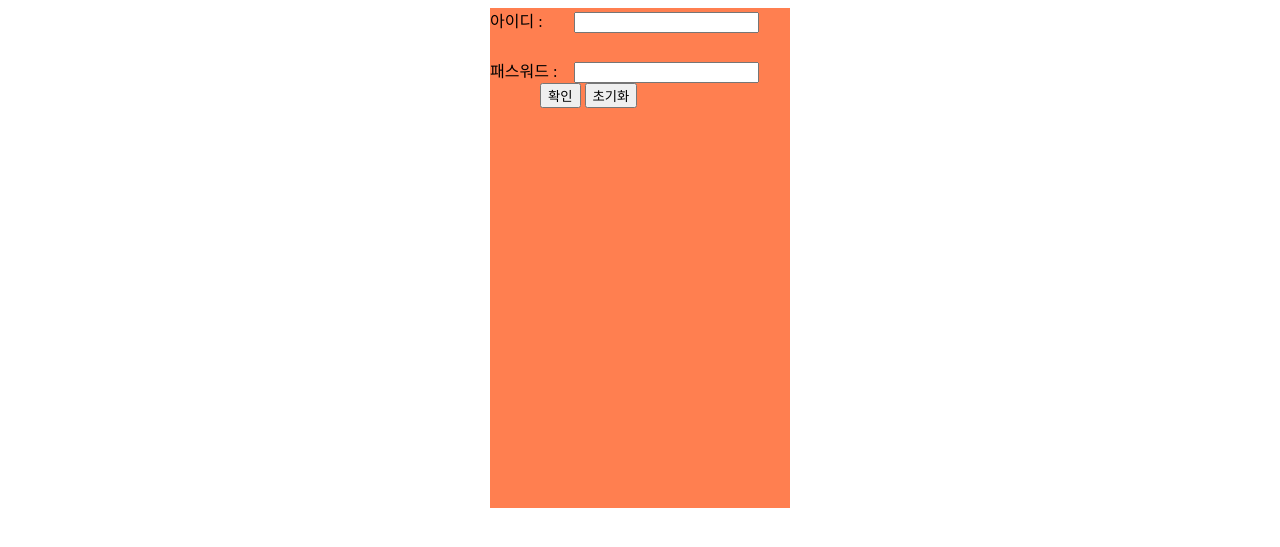
Repository: song-tata/jsp_servlet
Page: chap06/webContants/login.html
These files come from the project's save history. The page is drawn as it stood at one moment and after the next save; the edit follows.
The browser window is 1280 px wide. The pictures show the whole page.

Above is the page before, as saved 2023-05-17 06:36:34.

After the next save:
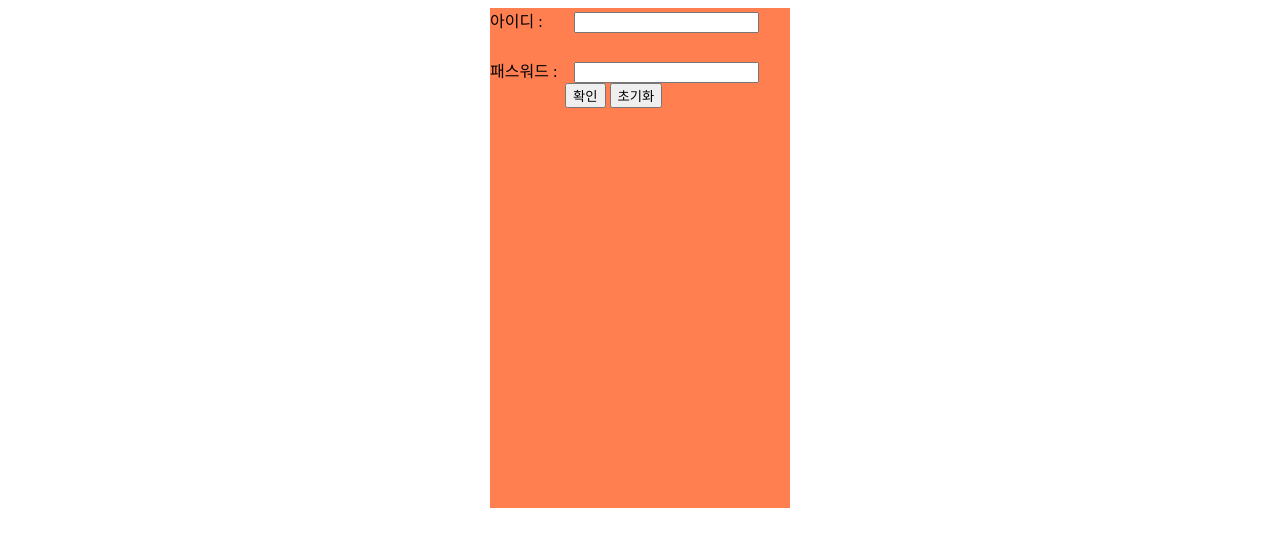
Saved 8 s later.
--- a/chap06/webContants/login.html
+++ b/chap06/webContants/login.html
@@ -26,7 +26,7 @@
 }
 .buttonwrap{
 margin:auto;
-width: 200px;
+width: 150px;
 }
 </style>
 </head>

After the save that followed:
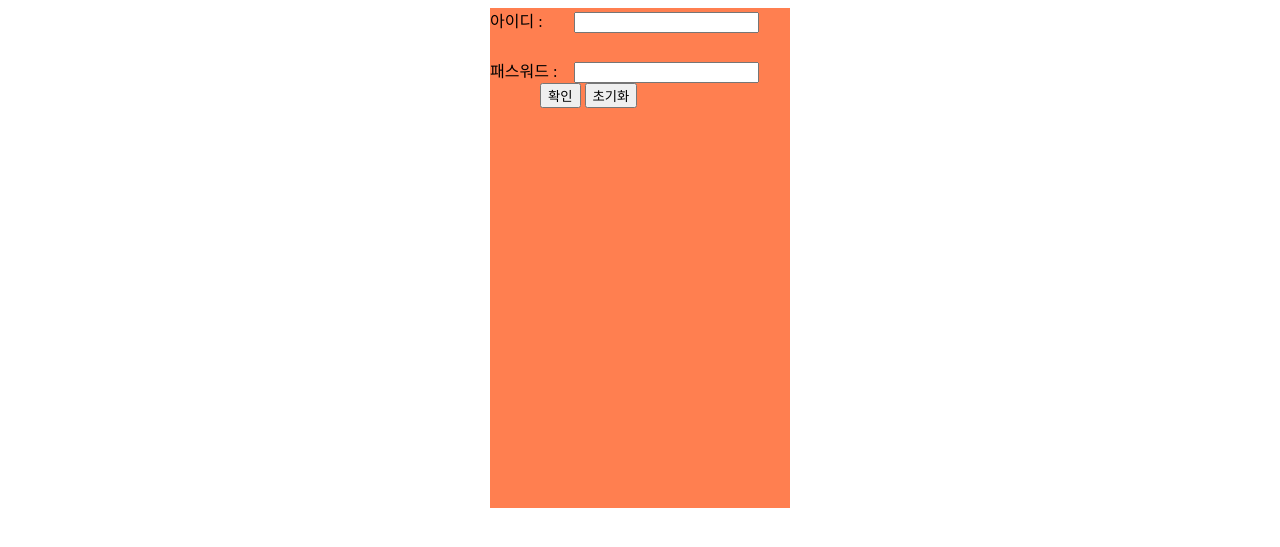
Saved 4 s later.
--- a/chap06/webContants/login.html
+++ b/chap06/webContants/login.html
@@ -26,7 +26,7 @@
 }
 .buttonwrap{
 margin:auto;
-width: 150px;
+width: 200px;
 }
 </style>
 </head>
